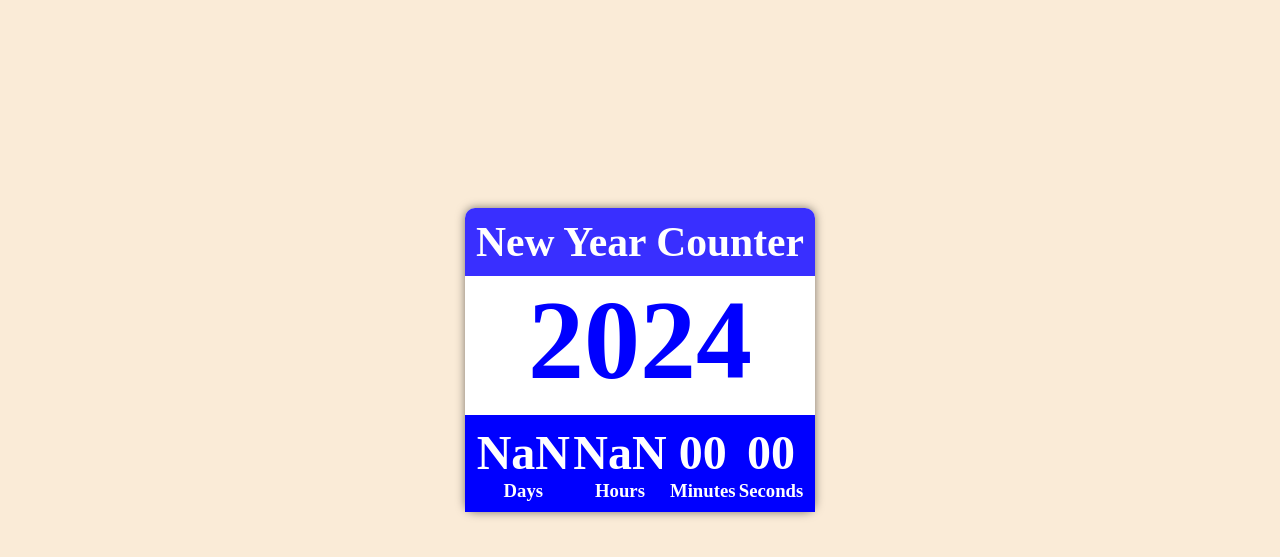
Repository: JunaidAnsari202/New-Year-counter
Page: index.html
These files come from the project's save history. The page is drawn as it stood at one moment and after a run of saves; the edit follows.
The browser window is 1280 px wide. The pictures show the whole page.

Above is the page before, as saved 2024-11-13 16:06:59.

### index.html
<!DOCTYPE html>
<html lang="en">
<head>
    <meta charset="UTF-8">
    <meta name="viewport" content="width=device-width, initial-scale=1.0">
    <title>New Year Counter</title>
    <link rel="stylesheet" href="style.css">

</head>
<body>
    <div class="container">
        <div class="header">
            <h1>New Year Counter</h1>
        </div>
        <div class="next-year">
            <h1 id="next-year">2024</h1>
        </div>

        <div class="counter">
           <div class="days">
            <h1 id="days">00</h1>
            <h3>Days</h3>
           </div>

           <div class="hours">
            <h1 id="hours">00</h1>
            <h3>Hours</h3>
           </div>

           <div class="minutes">
            <h1 id="minutes">00</h1>
            <h3>Minutes</h3>
           </div>

           <div class="seconds">
            <h1 id="seconds">00</h1>
            <h3>Seconds</h3>
           </div>
        </div>
    </div>

    <script src="script.js"></script>
</body>
</html>

### style.css
*{
    margin: 0;
    padding: 0;
    box-sizing: border-box;
}

body{
    background-color: antiquewhite;
    display: flex;
    justify-content: center;
    align-items: center;
    height: 100vh;
}

.container{
    background-color: white;
    width: 350px;
    border-radius: 10px;
    text-align: center;
    box-shadow:0 0 10px 0 rgba(0 , 0, 0, 0.5) ;
}

.header{
    background-color: rgb(57, 47, 255);
    padding: 10px;
    border-top-left-radius: 10px;
    border-top-right-radius: 10px;
    color: white;
    font-size: 1.3rem;
}

.next-year{
    font-size:3.5rem ;
    font-weight: bold;
    color: blue;
    margin-bottom: 10px;
}

.counter{
    display: flex;
    justify-content: space-around;
    background-color: blue;
    color: white;
    padding: 10px;
}

#days, #hours, #minutes, #seconds{
    font-size: 3rem;
    font-weight: bold;
}

### script.js
const days=document.querySelector('#days');
const hours=document.querySelector('#hours');
const minutes=document.querySelector('#minutes');
const seconds=document.querySelector('#seconds');

const currentYear = new Date().getFullYear();
const nextYear = currentYear + 1;

setInterval(()=>{
    const currentDate = new Date();
    const newYearDate = new Date('January 01 ${nextYear} 00:00:00');
    const totalSeconds =(newYearDate-currentDate)/1000;

    const daysLeft = Math.floor(totalSeconds / 3600 / 24);
    const hoursleft = Math.floor(totalSeconds / 3600) % 24;
    const minutesLeft = Math.floor(totalSeconds /60) % 60;
     const secondsLeft = Math.floor(totalSeconds) % 60;

     days.innerHTML = daysLeft;
     hours.innerHTML = hoursleft;

    })

After the next 12 saves:
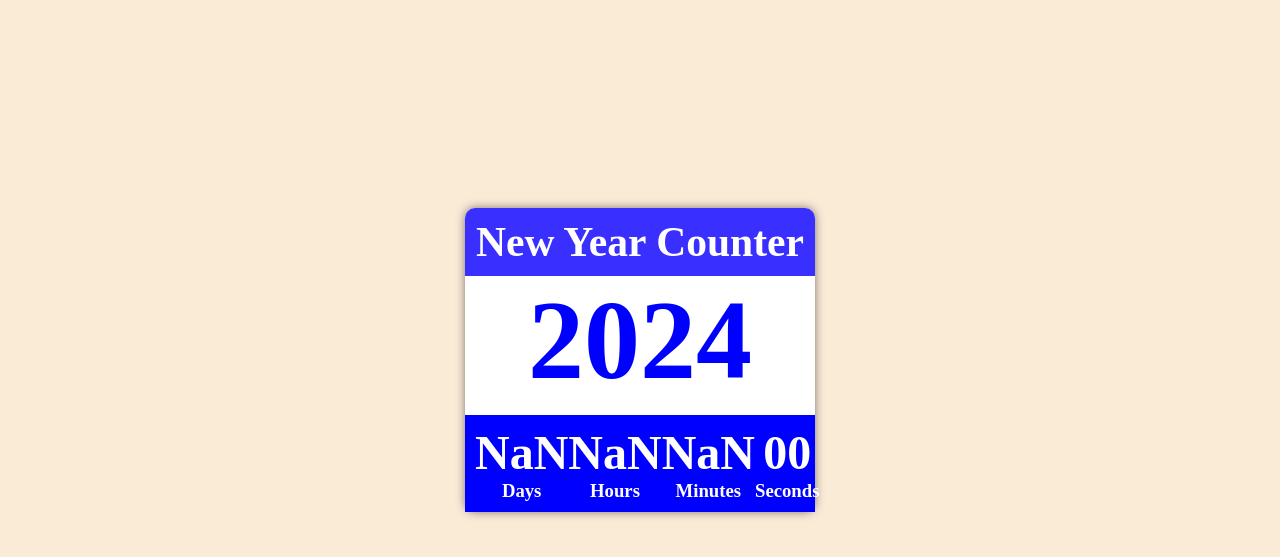
The 12 saves are shown as one change because they came seconds apart.
The last was saved 21 s later.
--- a/script.js
+++ b/script.js
@@ -18,5 +18,6 @@ setInterval(()=>{
 
      days.innerHTML = daysLeft;
      hours.innerHTML = hoursleft;
+     minutes.innerHTML = minutesLeft
 
     })
